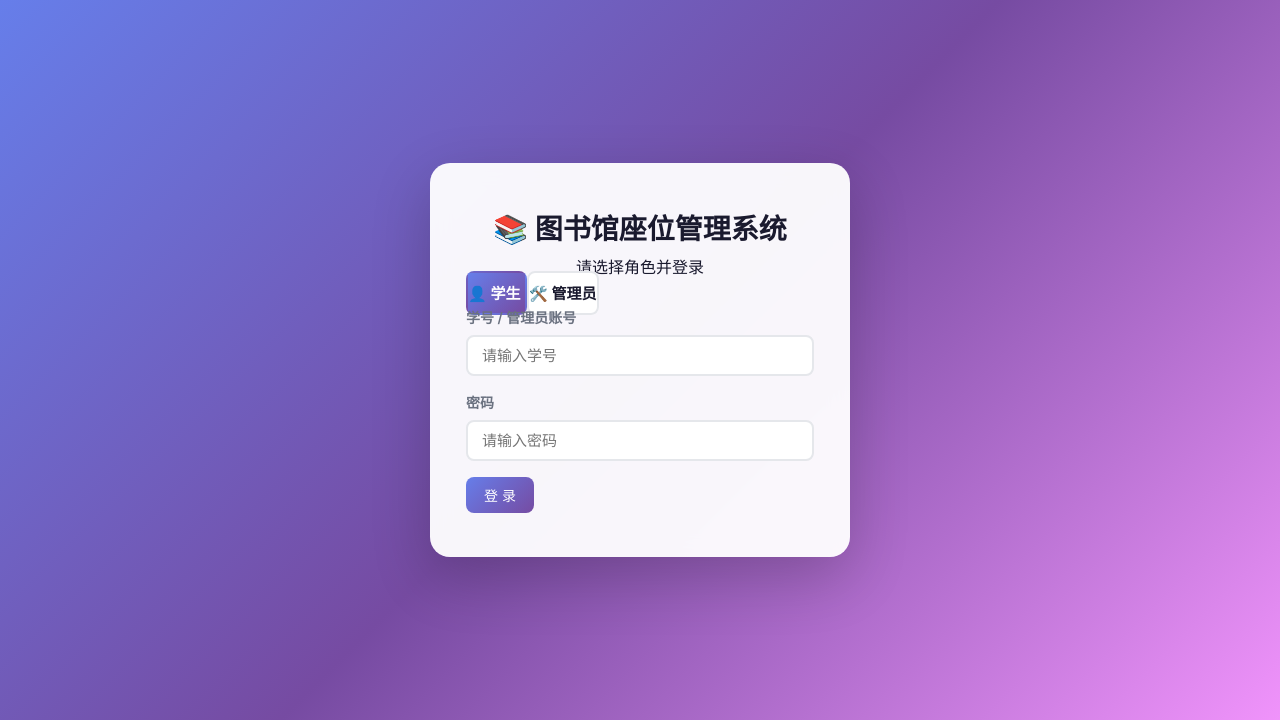
Repository: kinyono/library_seat_system
Page: index.html
These files come from the project's save history. The page is drawn as it stood at one moment and after the next save; the edit follows.
The browser window is 1280 px wide. The pictures show the whole page.

Above is the page before, as saved 2026-09-16 00:00:55.

### index.html
<!DOCTYPE html>
<html lang="zh-CN">
<head>
    <meta charset="UTF-8">
    <meta name="viewport" content="width=device-width, initial-scale=1.0">
    <title>图书馆座位管理系统 - 登录</title>
    <link rel="stylesheet" href="css/style.css">
    <link rel="stylesheet" href="css/login.css">
</head>
<body>
    <div class="login-container">
        <div class="login-card">
            <div class="login-header">
                <h1>📚 图书馆座位管理系统</h1>
                <p>请选择角色并登录</p>
            </div>
            <form id="loginForm">
                <div class="role-selector">
                    <label class="role-option">
                        <input type="radio" name="role" value="student" checked>
                        <span>👤 学生</span>
                    </label>
                    <label class="role-option">
                        <input type="radio" name="role" value="admin">
                        <span>🛠️ 管理员</span>
                    </label>
                </div>
                <div class="form-group">
                    <label for="studentId">学号 / 管理员账号</label>
                    <input type="text" id="studentId" class="form-control" placeholder="请输入学号" required>
                </div>
                <div class="form-group">
                    <label for="password">密码</label>
                    <input type="password" id="password" class="form-control" placeholder="请输入密码" required>
                </div>
                <button type="submit" class="btn btn-primary btn-block">登 录</button>
            </form>
        </div>
    </div>
    <script src="js/app.js"></script>
</body>
</html>

### css/style.css
/* ===== Design Tokens ===== */
:root {
    --primary: #667eea;
    --secondary: #764ba2;
    --accent: #f093fb;
    --bg-light: #f0f2f5;
    --bg-white: #ffffff;
    --text-primary: #1a1a2e;
    --text-secondary: #6b7280;
    --border-color: #e5e7eb;
    --success: #22c55e;
    --warning: #f59e0b;
    --danger: #ef4444;
    --info: #3b82f6;
    --radius-sm: 8px;
    --radius-md: 12px;
    --radius-lg: 20px;
    --shadow-sm: 0 2px 8px rgba(0,0,0,0.06);
    --shadow-md: 0 8px 30px rgba(0,0,0,0.12);
    --shadow-lg: 0 20px 60px rgba(0,0,0,0.2);
    --transition: all 0.3s ease;
}

* {
    margin: 0;
    padding: 0;
    box-sizing: border-box;
}

body {
    font-family: -apple-system, BlinkMacSystemFont, 'Segoe UI', Roboto, 'Helvetica Neue', Arial, sans-serif;
    background: var(--bg-light);
    color: var(--text-primary);
    line-height: 1.6;
}

a {
    text-decoration: none;
    color: inherit;
}

/* ===== 通用按钮 ===== */
.btn {
    display: inline-block;
    padding: 8px 18px;
    border: none;
    border-radius: var(--radius-sm);
    cursor: pointer;
    font-size: 14px;
    font-weight: 500;
    transition: var(--transition);
    text-align: center;
}
.btn-primary {
    background: linear-gradient(135deg, var(--primary), var(--secondary));
    color: #fff;
}
.btn-primary:hover {
    transform: translateY(-2px);
    box-shadow: var(--shadow-md);
}
.btn-danger {
    background: var(--danger);
    color: #fff;
}
.btn-danger:hover {
    background: #dc2626;
}
.btn-success {
    background: var(--success);
    color: #fff;
}
.btn-success:hover {
    background: #16a34a;
}
.btn-warning {
    background: var(--warning);
    color: #fff;
}
.btn-warning:hover {
    background: #d97706;
}
.btn-info {
    background: var(--info);
    color: #fff;
}
.btn-info:hover {
    background: #2563eb;
}

/* ===== 表单 ===== */
.form-group {
    margin-bottom: 16px;
}
.form-group label {
    display: block;
    font-size: 14px;
    font-weight: 600;
    margin-bottom: 6px;
    color: var(--text-secondary);
}
.form-control {
    width: 100%;
    padding: 10px 14px;
    border: 2px solid var(--border-color);
    border-radius: var(--radius-sm);
    font-size: 15px;
    transition: var(--transition);
    outline: none;
    background: var(--bg-white);
}
.form-control:focus {
    border-color: var(--primary);
    box-shadow: 0 0 0 3px rgba(102,126,234,0.15);
}
select.form-control {
    appearance: auto;
}

### css/login.css
.login-container {
  min-height: 100vh;
  display: flex; align-items: center; justify-content: center;
  background: linear-gradient(135deg, #667eea 0%, #764ba2 50%, #f093fb 100%);
  padding: 20px;
}
.login-card {
  background: rgba(255,255,255,0.95);
  backdrop-filter: blur(10px);
  border-radius: var(--radius-lg);
  padding: 44px 36px;
  width: 420px; max-width: 100%;
  box-shadow: 0 20px 60px rgba(0,0,0,0.2);
  text-align: center;
}
.login-card h1 { font-size: 28px; margin-bottom: 4px; color: var(--text-primary); }
.login-card .subtitle { color: var(--text-secondary); margin-bottom: 32px; }
.login-card form { text-align: left; }
.login-card .btn-login {
  width: 100%; padding: 13px;
  background: linear-gradient(135deg, var(--primary), var(--secondary));
  color: #fff; border: none; border-radius: var(--radius-sm);
  font-size: 17px; font-weight: 700; cursor: pointer;
  transition: var(--transition); margin-top: 8px;
}
.login-card .btn-login:hover { transform: translateY(-3px); box-shadow: var(--shadow-md); }
.login-card .footer-info { margin-top: 26px; color: var(--text-secondary); font-size: 13px; }
.login-card .footer-info p { margin: 4px 0; }
/* ========== 角色切换 ========== */
.role-switch {
  display: flex;
  gap: 12px;
  margin-top: 4px;
}
.role-option {
  flex: 1;
  text-align: center;
  padding: 10px 0;
  border: 2px solid var(--border-color);
  border-radius: var(--radius-sm);
  cursor: pointer;
  transition: var(--transition);
  background: var(--bg-white);
}
.role-option input { display: none; }
.role-option span { font-weight: 600; font-size: 15px; }
.role-option:has(input:checked) {
  background: linear-gradient(135deg, var(--primary), var(--secondary));
  color: #fff;
  border-color: transparent;
}
.role-option:hover:not(:has(input:checked)) {
  border-color: var(--primary);
}

.login-tip {
  margin-top: 16px;
  padding: 10px;
  background: #f0f5ff;
  border-radius: var(--radius-sm);
  font-size: 13px;
  color: var(--primary);
  text-align: center;
}

### js/app.js
document.getElementById('loginForm').addEventListener('submit', function (e) {
  e.preventDefault();

  const role = document.querySelector('input[name="role"]:checked').value;
  const account = document.getElementById('studentId').value.trim();
  const password = document.getElementById('password').value.trim();

  if (!account || !password) {
    alert('请填写账号和密码');
    return;
  }

  // 管理员登录（硬编码演示）
  if (role === 'admin') {
    if (account === 'admin' && password === 'admin123') {
      const adminUser = {
        id: 0,
        name: '管理员',
        studentId: 'admin',
        credit: 100,
        banned: false,
        role: 'admin'
      };
      localStorage.setItem('currentUser', JSON.stringify(adminUser));
      window.location.href = 'admin.html';
    } else {
      alert('管理员账号或密码错误');
    }
    return;
  }

  // 学生登录
  let users = [];
  try { users = JSON.parse(localStorage.getItem('lib_users')) || []; } catch (_) { users = []; }
  let user = users.find(u => u.studentId === account);
  if (!user) {
    user = {
      id: Date.now(),
      name: '用户' + account.slice(-4),
      studentId: account,
      credit: 100,
      banned: false,
      role: 'student'
    };
    users.push(user);
    localStorage.setItem('lib_users', JSON.stringify(users));
  }
  if (user.banned) {
    alert('该账号已被封禁，请联系管理员');
    return;
  }

  localStorage.setItem('currentUser', JSON.stringify(user));
  window.location.href = 'pages/dashboard.html';
});

After the next save:
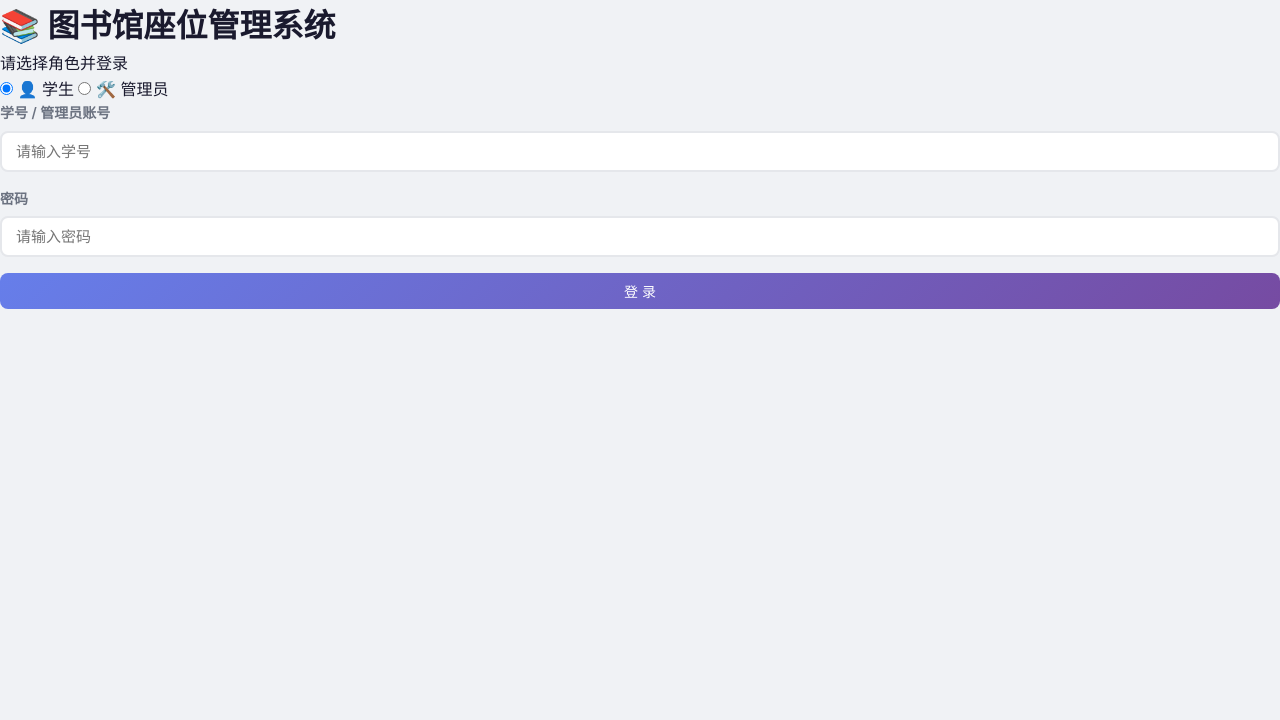
Saved 35 s later.
--- a/css/login.css
+++ b/css/login.css
@@ -1,64 +1,42 @@
-.login-container {
-  min-height: 100vh;
-  display: flex; align-items: center; justify-content: center;
-  background: linear-gradient(135deg, #667eea 0%, #764ba2 50%, #f093fb 100%);
-  padding: 20px;
-}
-.login-card {
-  background: rgba(255,255,255,0.95);
-  backdrop-filter: blur(10px);
-  border-radius: var(--radius-lg);
-  padding: 44px 36px;
-  width: 420px; max-width: 100%;
-  box-shadow: 0 20px 60px rgba(0,0,0,0.2);
-  text-align: center;
-}
-.login-card h1 { font-size: 28px; margin-bottom: 4px; color: var(--text-primary); }
-.login-card .subtitle { color: var(--text-secondary); margin-bottom: 32px; }
-.login-card form { text-align: left; }
-.login-card .btn-login {
-  width: 100%; padding: 13px;
-  background: linear-gradient(135deg, var(--primary), var(--secondary));
-  color: #fff; border: none; border-radius: var(--radius-sm);
-  font-size: 17px; font-weight: 700; cursor: pointer;
-  transition: var(--transition); margin-top: 8px;
-}
-.login-card .btn-login:hover { transform: translateY(-3px); box-shadow: var(--shadow-md); }
-.login-card .footer-info { margin-top: 26px; color: var(--text-secondary); font-size: 13px; }
-.login-card .footer-info p { margin: 4px 0; }
-/* ========== 角色切换 ========== */
-.role-switch {
-  display: flex;
-  gap: 12px;
-  margin-top: 4px;
-}
-.role-option {
-  flex: 1;
-  text-align: center;
-  padding: 10px 0;
-  border: 2px solid var(--border-color);
-  border-radius: var(--radius-sm);
-  cursor: pointer;
-  transition: var(--transition);
-  background: var(--bg-white);
-}
-.role-option input { display: none; }
-.role-option span { font-weight: 600; font-size: 15px; }
-.role-option:has(input:checked) {
-  background: linear-gradient(135deg, var(--primary), var(--secondary));
-  color: #fff;
-  border-color: transparent;
-}
-.role-option:hover:not(:has(input:checked)) {
-  border-color: var(--primary);
+:root {
+    --primary: #667eea;
+    --secondary: #764ba2;
+    --accent: #f093fb;
+    --bg-light: #f0f2f5;
+    --bg-white: #ffffff;
+    --text-primary: #1a1a2e;
+    --text-secondary: #6b7280;
+    --border-color: #e5e7eb;
+    --success: #22c55e;
+    --warning: #f59e0b;
+    --danger: #ef4444;
+    --info: #3b82f6;
+    --radius-sm: 8px;
+    --radius-md: 12px;
+    --radius-lg: 20px;
+    --shadow-sm: 0 2px 8px rgba(0,0,0,0.06);
+    --shadow-md: 0 8px 30px rgba(0,0,0,0.12);
+    --shadow-lg: 0 20px 60px rgba(0,0,0,0.2);
+    --transition: all 0.3s ease;
 }
 
-.login-tip {
-  margin-top: 16px;
-  padding: 10px;
-  background: #f0f5ff;
-  border-radius: var(--radius-sm);
-  font-size: 13px;
-  color: var(--primary);
-  text-align: center;
-}
+* { margin: 0; padding: 0; box-sizing: border-box; }
+body { font-family: -apple-system, BlinkMacSystemFont, 'Segoe UI', Roboto, sans-serif; background: var(--bg-light); color: var(--text-primary); line-height: 1.6; }
+a { text-decoration: none; color: inherit; }
+.btn { display: inline-block; padding: 8px 18px; border: none; border-radius: var(--radius-sm); cursor: pointer; font-size: 14px; font-weight: 500; transition: var(--transition); text-align: center; }
+.btn-primary { background: linear-gradient(135deg, var(--primary), var(--secondary)); color: #fff; }
+.btn-primary:hover { transform: translateY(-2px); box-shadow: var(--shadow-md); }
+.btn-danger { background: var(--danger); color: #fff; }
+.btn-danger:hover { background: #dc2626; }
+.btn-success { background: var(--success); color: #fff; }
+.btn-success:hover { background: #16a34a; }
+.btn-warning { background: var(--warning); color: #fff; }
+.btn-warning:hover { background: #d97706; }
+.btn-info { background: var(--info); color: #fff; }
+.btn-info:hover { background: #2563eb; }
+.btn-block { width: 100%; }
+.form-group { margin-bottom: 16px; }
+.form-group label { display: block; font-size: 14px; font-weight: 600; margin-bottom: 6px; color: var(--text-secondary); }
+.form-control { width: 100%; padding: 10px 14px; border: 2px solid var(--border-color); border-radius: var(--radius-sm); font-size: 15px; transition: var(--transition); outline: none; background: var(--bg-white); }
+.form-control:focus { border-color: var(--primary); box-shadow: 0 0 0 3px rgba(102,126,234,0.15); }
+select.form-control { appearance: auto; }
